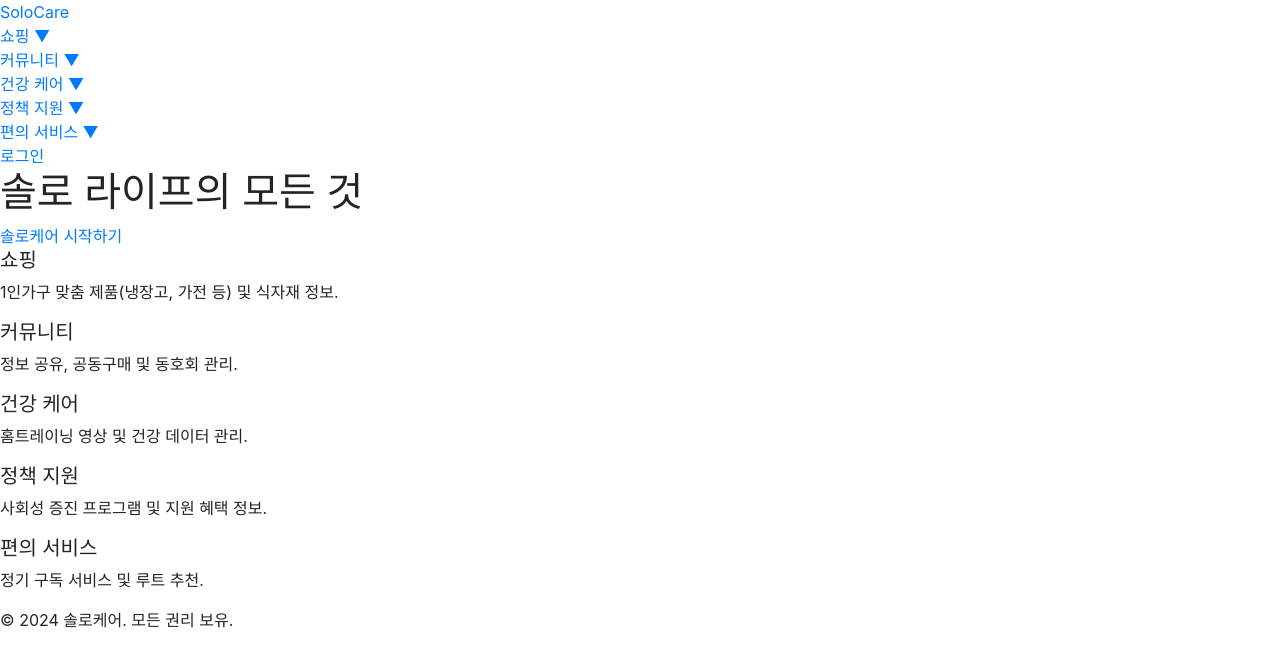
Repository: HB1112/cloud
Page: http://localhost/Solocare/WEB-INF/views/welcome.jsp
These files come from the project's save history. The page is drawn as it stood at one moment and after the next save; the edit follows.
The browser window is 1280 px wide. The pictures show the whole page.
The page is served by Tomcat 9. Nobody is signed in. The template is opened directly, without the code that normally fills it, so the values that code supplies are empty.

Above is the page before, as saved 2024-12-10 05:16:56.

After the next save:
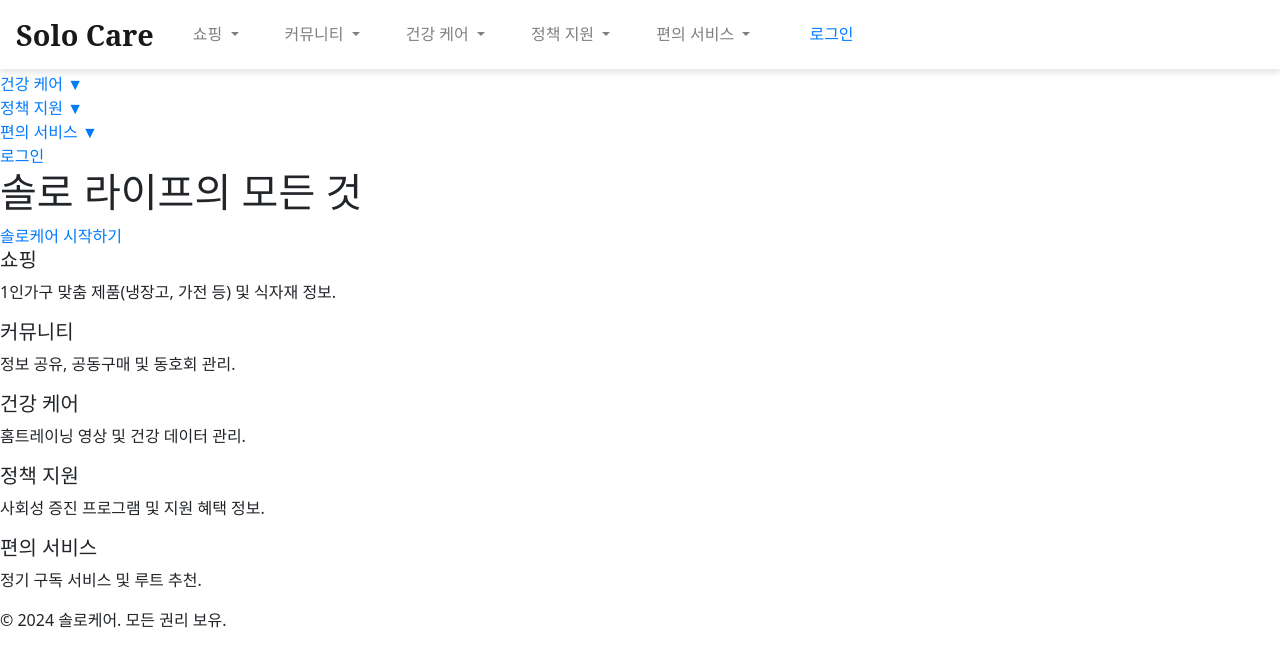
Saved 13 s later.
--- a/Solocare/src/main/webapp/WEB-INF/views/welcome.jsp
+++ b/Solocare/src/main/webapp/WEB-INF/views/welcome.jsp
@@ -13,7 +13,7 @@
     <script src="https://maxcdn.bootstrapcdn.com/bootstrap/4.5.2/js/bootstrap.min.js"></script>
 </head>
 <body>
-    <!-- 상단 내비게이션 바 -->
+    <%@ include file="menu.jsp"%>
     <div>
         <nav>
             <a href="#">SoloCare</a>

After the save that followed:
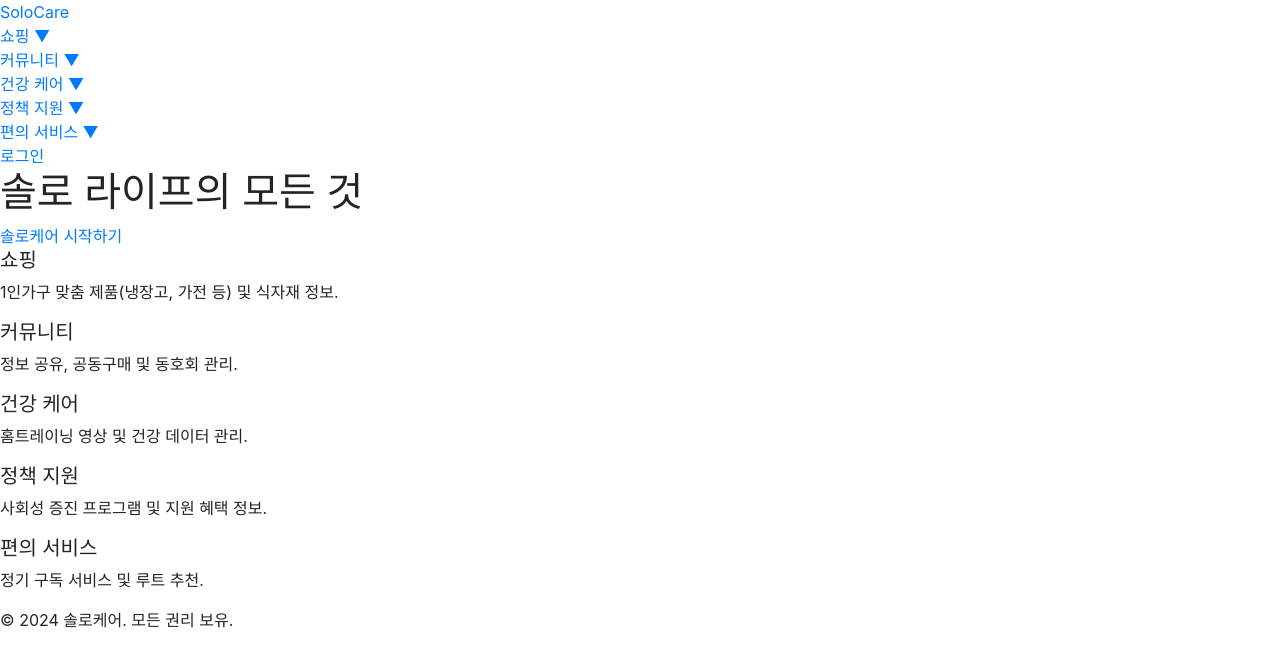
Saved 16 s later.
--- a/Solocare/src/main/webapp/WEB-INF/views/welcome.jsp
+++ b/Solocare/src/main/webapp/WEB-INF/views/welcome.jsp
@@ -13,7 +13,7 @@
     <script src="https://maxcdn.bootstrapcdn.com/bootstrap/4.5.2/js/bootstrap.min.js"></script>
 </head>
 <body>
-    <%@ include file="menu.jsp"%>
+    <!-- 상단 내비게이션 바 -->
     <div>
         <nav>
             <a href="#">SoloCare</a>
